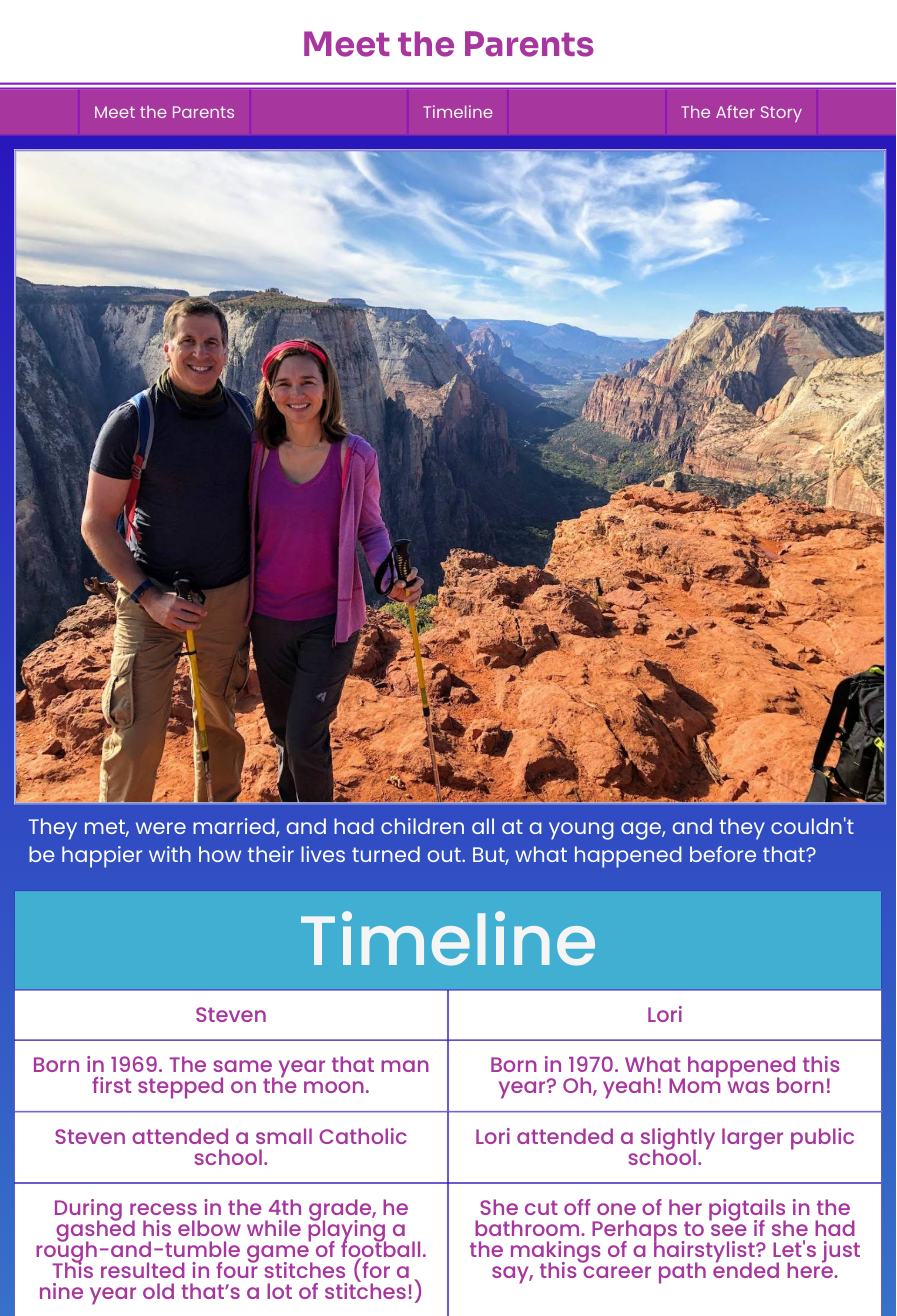
Repository: Sbethm/parents-tribute
Page: timeline.html
The author's editor kept a copy of each file at every save. The page is drawn from the files as they stood at one save, then again after a run of saves.
The browser window is 1280 px wide. The page is 1282 px wide, so the pictures cover 1282 px, including what lies to the right of the window. The pictures show the part of the page from y = 0 to 1880 px (the page is 3320 px tall), at 70% of full size.

Above is the page before, as saved 2021-02-11 17:38:24.

### timeline.html
<!DOCTYPE html>
<html>
    <head>
      <meta charset="UTF-8">
      <title>Meet the Parents</title>
      <meta name="description" content="A choose your own story adventure game">
      <meta name="viewport" content="width=device-width, initial-scale=1.0">
      <link rel="preconnect" href="https://fonts.gstatic.com">
      <link href="https://fonts.googleapis.com/css2?family=Poppins:ital,wght@0,400;0,500;0,600;0,700;0,800;0,900;1,400;1,500;1,600;1,700;1,800;1,900&family=Sora:wght@400;500;600;700;800&display=swap" rel="stylesheet"> <!--
        This is used for headings:
        font-family: 'Sora', sans-serif;
        This is used for content:
        font-family: 'Poppins', sans-serif;-->
      <link href="style.css" type="text/css" rel="stylesheet">
    </head>

    <body>

      <header>
        <h1>Meet the Parents</h1>
        <nav class="navigation">
          <a href="index.html">Meet the Parents</a>
          <a href="timeline.html">Timeline</a>
          <a href="aftermarriage.html">The After Story</a>
          </nav>
      </header>
      <main>
        <section>
            <img class="img-hiking"src="img/hiking.jpg" alt="Mom and dad enjoying a hike.">
            <p>They met, were married, and had children all at a young age, and they couldn't be happier with how their lives turned out. But, what happened before that?</p>
        </section>
        <div class="grid">
            <div class="grid-box tl">Timeline</div>
            <div class="grid-box dad">Steven</div>
            <div class="grid-box mom">Lori</div>
            <!---------Dad's Grid Boxes---------->
            <div class="grid-box f-1">Born in 1969. The same year that man  first stepped on the moon.</div>
            <div class="grid-box f-2">Steven attended a small Catholic school.</div>
            <div class="grid-box f-3">During recess in the 4th grade, he gashed his elbow while playing a rough-and-tumble game of football. This resulted in four stitches (for a nine year old that’s a lot of stitches!)</div>
            <div class="grid-box f-4">When he was thirteen, he camped in the backyard and stayed up all night.</div>
            <div class="grid-box f-5">He ran his first high school track meet, the 100 yard dash, and won third place. For the first track meet, that's not too shabby!</div>
            <div class="grid-box f-6">He was in a car accident, "not his fault", which lead to more stitches but this time in his forehead. Because of this, he had to sit out his senior year homecoming football game.</div>
            <div class="grid-box f-7">Having the lead role as Jesus during my high school senior year. It was the first annual Easter Passion play the school performed.</div>
            <div class="grid-box f-8">I remember a dream I had where I met a beautiful girl, at a homecoming dance, who I eventually married and we had two terrific kids who eventually married and gave me two more kids to enjoy time with.</div>
            <!---------Mom's Grid Boxes---------->
            <div class="grid-box m-1">Born in 1970. What happened this year? Oh, yeah! Mom was born!</div>
            <div class="grid-box m-2">Lori attended a slightly larger public school.</div>
            <div class="grid-box m-3">She cut off one of her pigtails in the bathroom. Perhaps to see if she had the makings of a hairstylist? Let's just say, this career path ended here.</div>
            <div class="grid-box m-4">She had skied half of a bunny slope when she realized this daredevil sport wasn't for her.</div>
            <div class="grid-box m-5">She performed the lead role in a junior high school play.</div>
            <div class="grid-box m-6">After a white knuckled horse ride in the Appalachians, she discovered that she was not meant to lead a life of adventure</div>
            <div class="grid-box m-7">made camps with her cousins in the Ritchie woods.</div>
            <div class="grid-box m-8">made camps with her cousins in the Ritchie woods.</div>
            <!--------After They Met Boxes------->
            <div class="grid-box fm-1">Met in ____ when Steven was 21 and Lori was 19 years old.</div>
            <div class="grid-box fm-2">At the age of 21, Lori gave birth to Sarah (me!).</div>
            <div class="grid-box fm-3">One year later (obviously not satisfied with their first child) Lori and Steven had their second child, a son named John.</div>
        </div>
      </main>
      <footer>
        <img class="icon" src="img/profile_icon.png" alt="profile icon">
        Sarah Moosa
        <br><br>
        <img class="icon" src="img/home_icon.png" alt="home icon">
        Meet the Parents
      </footer>
    </body>

</html>

### style.css
/*
html5doctor.com Reset Stylesheet
v1.6.1
Last Updated: 2010-09-17
Author: Richard Clark - http://richclarkdesign.com
Twitter: @rich_clark
*/

html, body, div, span, object, iframe,
h1, h2, h3, h4, h5, h6, p, blockquote, pre,
abbr, address, cite, code,
del, dfn, em, img, ins, kbd, q, samp,
small, strong, sub, sup, var,
b, i,
dl, dt, dd, ol, ul, li,
fieldset, form, label, legend,
table, caption, tbody, tfoot, thead, tr, th, td,
article, aside, canvas, details, figcaption, figure,
footer, header, hgroup, menu, nav, section, summary,
time, mark, audio, video {
    margin:0;
    padding:0;
    border:0;
    outline:0;
    font-size:100%;
    vertical-align:baseline;
    background:transparent;
}

body {
    line-height:1;
}

article,aside,details,figcaption,figure,
footer,header,hgroup,menu,nav,section {
    display:block;
}

nav ul {
    list-style:none;
}

blockquote, q {
    quotes:none;
}

blockquote:before, blockquote:after,
q:before, q:after {
    content:'';
    content:none;
}

a {
    margin:0;
    padding:0;
    font-size:100%;
    vertical-align:baseline;
    background:transparent;
}

/* change colours to suit your needs */
ins {
    background-color:#ff9;
    color:#000;
    text-decoration:none;
}

/* change colours to suit your needs */
mark {
    background-color:#ff9;
    color:#000;
    font-style:italic;
    font-weight:bold;
}

del {
    text-decoration: line-through;
}

abbr[title], dfn[title] {
    border-bottom:1px dotted;
    cursor:help;
}

table {
    border-collapse:collapse;
    border-spacing:0;
}

/* change border colour to suit your needs */
hr {
    display:block;
    height:1px;
    border:0;
    border-top:1px solid #cccccc;
    margin:1em 0;
    padding:0;
}

input, select {
    vertical-align:middle;
}

/* MY CODE BELOW */

body {
    width: 100vw;
}

main {
    width: calc(100vw - 40px);
    height: 100%;
    padding: 20px 20px;
    background-color: rgb(255, 255, 255);
}

header {
    width: 100vw;
    padding-top: 40px;
    color: rgb(168, 54, 159);
    background-color: rgb(255, 255, 255);
    display: flex;
    flex-direction: column;
    justify-content: center;
}

h1 {
    width: 100%;
    font-family: 'Sora', sans-serif;
    font-size: 3em;
    font-weight: 700;
    text-align: center;
    border-bottom: double 10px rgb(140, 23, 187);
    padding-bottom: 30px;
}

.navigation {
    width: 100%;
    background-color: rgb(168, 54, 159);
    text-align: center;
    border-bottom: solid 1px rgb(140, 23, 187);
    display: flex;
    flex-direction: row;
    justify-content: space-around;
}

a {
    padding: 20px 7px;
    background-color: rgb(168, 54, 159);
    font-family: 'Poppins', sans-serif;
    font-size: 1em;
    color: whitesmoke;
    text-decoration: none;
    border-left: solid 1px rgb(140, 23, 187);
    border-right: solid 1px rgb(140, 23, 187);
}

a:hover {
    background-color: wheat;
}

section {
    width: 100%;
    background-color: rgb(65, 175, 209);
    border: solid 1px rgb(40, 23, 187);
}

h2 {
    max-width: 100%;
    padding: 10px 20px;
    font-family: 'Sora', sans-serif;
    font-size: 1.5em;
    font-weight: 600;
    color: rgb(168, 54, 159);
}

.disney-adventure__img,
.img-sitting,
.img-hiking {
    max-width: 100%;
    height: auto;
    justify-content: center;
    align-content: center;
    border-top: solid 3px whitesmoke;
    border-bottom: solid 3px whitesmoke;
}

p {
    padding: 10px 20px;
    font-family: 'Poppins', sans-serif;
    font-size: 1em;
    line-height: 20px;
    color: rgb(255, 255, 255);
}

.grid {
    display: grid;
    margin: 20px 0;
    grid-template-columns: 1fr 1fr;
    grid-template-rows: repeat(13, fit-content);
    grid-template-areas:
        "tl tl"
        "dad mom"
        "f-1 m-1"
        "f-2 m-2"
        "f-3 m-3"
        "f-4 m-4"
        "f-5 m-5"
        "f-6 m-6"
        "f-7 m-7"
        "f-8 m-8"
        "fm-1 fm-1"
        "fm-2 fm-2"
        "fm-3 fm-3";
}

.grid-box {
    border: solid 1px rgb(40, 23, 187);
    background-color: rgb(255, 255, 255);
    padding: 5px;
    color: rgb(168, 54, 159);
    text-align: center;
    font-family: 'Poppins', sans-serif;
    font-weight: 500;
    font-size: 1em;
}

.tl {
    grid-area: tl;
    font-size: 1.5em;
    font-weight: 500;
    color: whitesmoke;
    background-color: rgb(65, 175, 209);
}
.dad {
    grid-area: dad;
}

.mom {
    grid-area: mom;
}

.f-1 {
    grid-area: f-1;
}

.f-2 {
    grid-area: f-2;

}

.f-3 {
    grid-area: f-3;

}

.f-4 {
    grid-area: f-4;

}

.f-5 {
    grid-area: f-5;

}

.f-6 {
    grid-area: f-6;

}

.f-7 {
    grid-area: f-7;

}

.f-8 {
    grid-area: f-8;

}

.m-1 {
    grid-area: m-1;
}

.m-2 {
    grid-area: m-2;
}

.m-3 {
    grid-area: m-3;
}

.m-4 {
    grid-area: m-4;
}

.m-5 {
    grid-area: m-5;
}

.m-6 {
    grid-area: m-6;
}

.m-7 {
    grid-area: m-7;
}

.m-8 {
    grid-area: m-8;
}

.fm-1 {
    grid-area: fm-1;
}

.fm-2 {
    grid-area: fm-2;
}

.fm-3 {
    grid-area: fm-3;
}

footer {
    width: calc(100vw - 40px);
    height: 100px;
    padding: 40px 20px 0 20px;
    position: relative;
    bottom: 0;
    font-family: 'Poppins', sans-serif;
    font-size: 1em;
    font-weight: 500;
    border: solid 1px rgb(40, 23, 187);
}

.icon {
    width: 20px;
    height: auto;
}


@media screen and (min-width: 700px) and (max-width: 1500px) {

    main {
        background-image: linear-gradient(180deg, rgb(40, 23, 187), rgb(65, 175, 209));
    }

    a {
        padding: 20px;
        font-size: 1.5em;
        color: whitesmoke;
        text-decoration: none;
        border-left: solid 3px rgb(140, 23, 187);
        border-right: solid 3px rgb(140, 23, 187);
    }

    p {
        padding: 0;
        font-family: 'Poppins', sans-serif;
        font-size: 0.25em;
        line-height: 20px;
        color: rgb(255, 255, 255);
    }

    section {
        width: 100%;
        background-color: rgb(40, 23, 187, 0);
        border: none;
    }

    .section__intro {
        display: grid;
        grid-template-columns: 50% 50%;
        grid-template-rows: 100px 400px;
        grid-template-areas:
            "title p1"
            "picture p2";
    }

    section h2 {
        grid-area: title;
        align-self: center;
        justify-self: center;
    }

    h2 {
        font-size: 2.5em;
        color: rgb(243, 101, 231);
    }

    .img-sitting {
        max-height: 360px;
        margin-bottom: 20px;
        border: double 3px whitesmoke;
        grid-area: picture;
        justify-self: center;
        align-self: center;
    }

    .p1 {
        align-self: flex-start;
        grid-area: p2;
        font-size: 1.5em;
        padding-left: 40px;
    }

    .p2 {
        align-self: flex-end;
        grid-area: p2;
        font-size: 1.5em;
        padding-left: 40px;
        padding-bottom: 30px;
    }

    p {
        padding: 10px 20px;
        font-family: 'Poppins', sans-serif;
        font-size: 30px;
        line-height: 40px;
        color: rgb(255, 255, 255);
    }

/*TIMELINE CODE*/

.img-hiking {
    border: double 3px whitesmoke;
}

    .grid {
        display: grid;
        margin: 20px 0;
        grid-template-columns: 1fr 1fr;
        grid-template-rows: repeat(13, fit-content);
        grid-template-areas:
            "tl tl"
            "dad mom"
            "f-1 m-1"
            "f-2 m-2"
            "f-3 m-3"
            "f-4 m-4"
            "f-5 m-5"
            "f-6 m-6"
            "f-7 m-7"
            "f-8 m-8"
            "fm-1 fm-1"
            "fm-2 fm-2"
            "fm-3 fm-3";
    }

    .grid-box {
        border: solid 1px rgb(40, 23, 187);
        background-color: rgb(255, 255, 255);
        padding: 20px;
        color: rgb(168, 54, 159);
        text-align: center;
        font-family: 'Poppins', sans-serif;
        font-weight: 500;
        font-size: 30px;
    }

    .tl {
        grid-area: tl;
        font-size: 100px;
        font-weight: 500;
        color: whitesmoke;
        background-color: rgb(65, 175, 209);
    }
    .dad {
        grid-area: dad;
    }

    .mom {
        grid-area: mom;
    }

    .f-1 {
        grid-area: f-1;
    }

    .f-2 {
        grid-area: f-2;

    }

    .f-3 {
        grid-area: f-3;

    }

    .f-4 {
        grid-area: f-4;

    }

    .f-5 {
        grid-area: f-5;

    }

    .f-6 {
        grid-area: f-6;

    }

    .f-7 {
        grid-area: f-7;

    }

    .f-8 {
        grid-area: f-8;

    }

    .m-1 {
        grid-area: m-1;
    }

    .m-2 {
        grid-area: m-2;
    }

    .m-3 {
        grid-area: m-3;
    }

    .m-4 {
        grid-area: m-4;
    }

    .m-5 {
        grid-area: m-5;
    }

    .m-6 {
        grid-area: m-6;
    }

    .m-7 {
        grid-area: m-7;
    }

    .m-8 {
        grid-area: m-8;
    }

    .fm-1 {
        grid-area: fm-1;
    }

    .fm-2 {
        grid-area: fm-2;
    }

    .fm-3 {
        grid-area: fm-3;
    }

    footer {
        width: calc(100vw - 40px);
        height: 200px;
        padding: 80px 20px 0 20px;
        font-family: 'Poppins', sans-serif;
        font-size: 40px;
        font-weight: 500;
        border: solid 1px rgb(40, 23, 187);
    }

    .icon {
        width: 40px;
        height: auto;
    }
}

/*@media only screen and (min-width: 900px) {
}*/

After the next 3 saves:
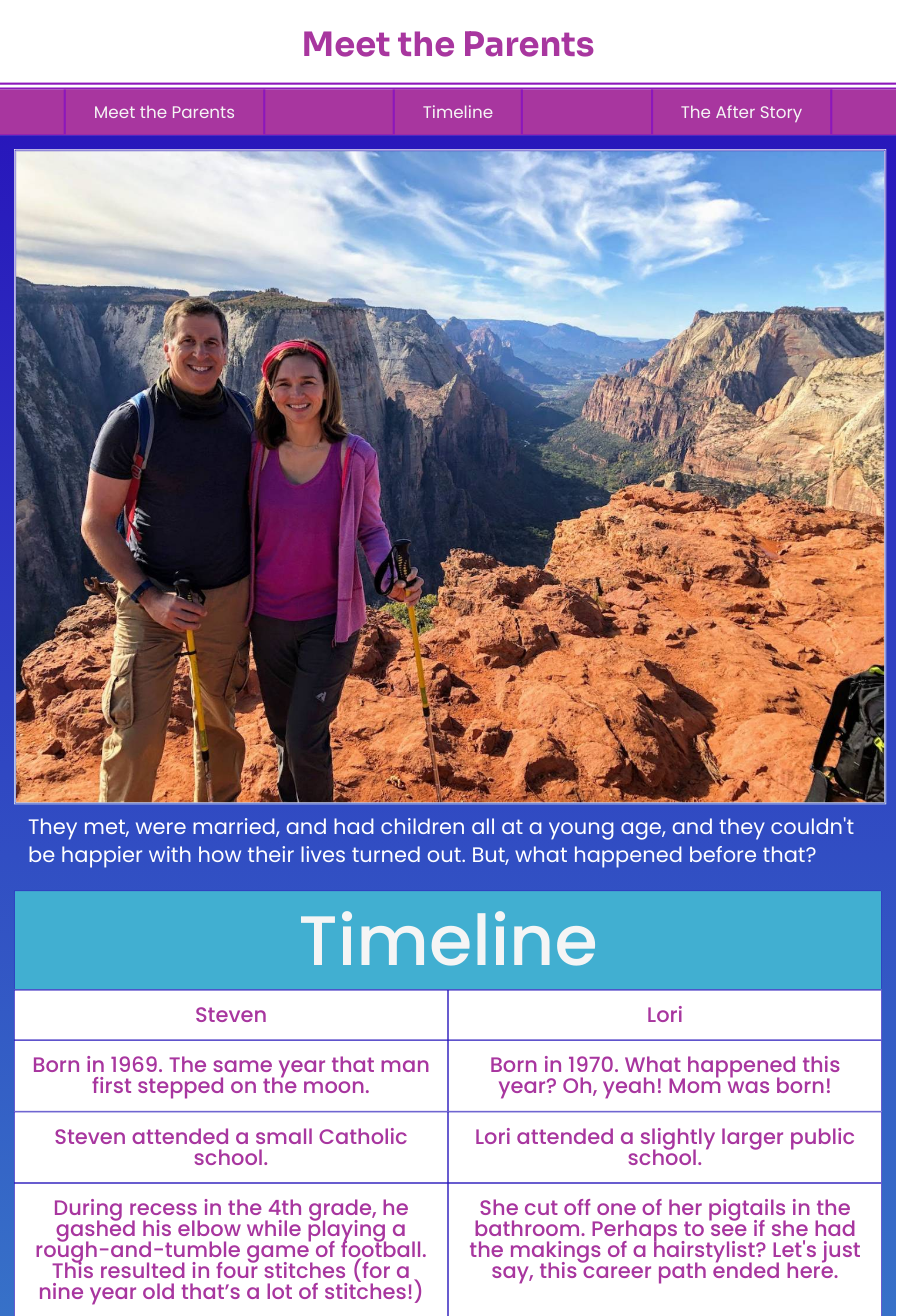
The 3 saves are shown as one change because they came seconds apart.
The last was saved 14 s later.
--- a/style.css
+++ b/style.css
@@ -348,7 +348,7 @@ footer {
     }
 
     a {
-        padding: 20px;
+        padding: 20px 40px;
         font-size: 1.5em;
         color: whitesmoke;
         text-decoration: none;
